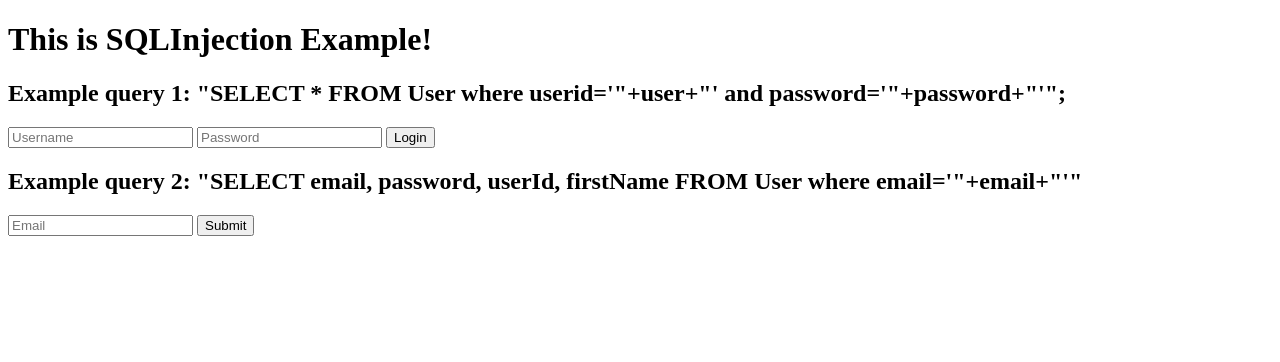
Repository: Ceachi/Securitatea-bazelor-de-date-Curs
Page: http://localhost/SQLInjectionReferat/
The author's editor kept a copy of each file at every save. The page is drawn from the files as they stood at one save, then again after the next save.
The browser window is 1280 px wide. The pictures show the whole page.
The page is served by Tomcat 9. Nobody is signed in. The application's start-up code is not run. Other server files are loaded and not shown.

Above is the page before, as saved 2019-01-03 14:00:53.

### Proiect_eu_SQL_Injection/SQL-Injection-Referat-master/SQLInjectionReferat/src/main/webapp/index.jsp

<%@page contentType="text/html" pageEncoding="UTF-8"%>
<!DOCTYPE html>
<html>
<head>
<meta http-equiv="Content-Type" content="text/html; charset=UTF-8">
<title>JSP Page</title>
</head>
<body>
	<h1>This is SQLInjection Example!</h1>

<!-- 	<form action="userCheck">
		<input type="text" name="user" value="" /> <input type="submit"
			value="Submit" />
	</form>
 -->
	<h2>Example query 1: "SELECT * FROM User where userid='"+user+"' and password='"+password+"'";</h2>
	<form action="userCheck">
		<input type="text" placeholder="Username" name="username">
		<input type="text" placeholder="Password" name="password">
		<button type="submit">Login</button>
	</form>

	<h2> Example query 2: "SELECT email, password, userId, firstName FROM User where email='"+email+"'"</h2>
	<form action="example2">
		<input type="text" placeholder="Email" name="email">
		<button type="submit">Submit</button>
	</form>
</body>
</html>

After the next save:
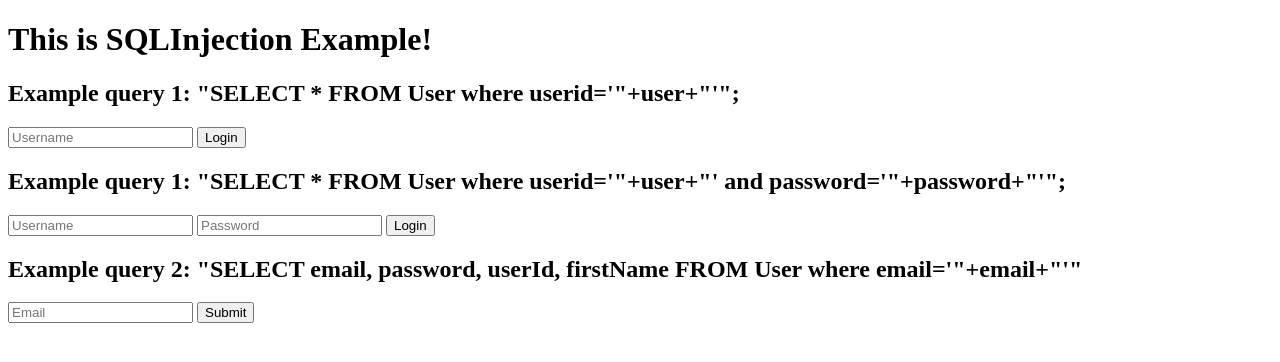
Saved 45 s later.
--- a/Proiect_eu_SQL_Injection/SQL-Injection-Referat-master/SQLInjectionReferat/src/main/webapp/index.jsp
+++ b/Proiect_eu_SQL_Injection/SQL-Injection-Referat-master/SQLInjectionReferat/src/main/webapp/index.jsp
@@ -14,6 +14,12 @@
 			value="Submit" />
 	</form>
  -->
+
+ 	<h2>Example query 1: "SELECT * FROM  User where userid='"+user+"'";</h2>
+	<form action="example0">
+		<input type="text" placeholder="Username" name="username">
+		<button type="submit">Login</button>
+	</form>
 	<h2>Example query 1: "SELECT * FROM User where userid='"+user+"' and password='"+password+"'";</h2>
 	<form action="userCheck">
 		<input type="text" placeholder="Username" name="username">
